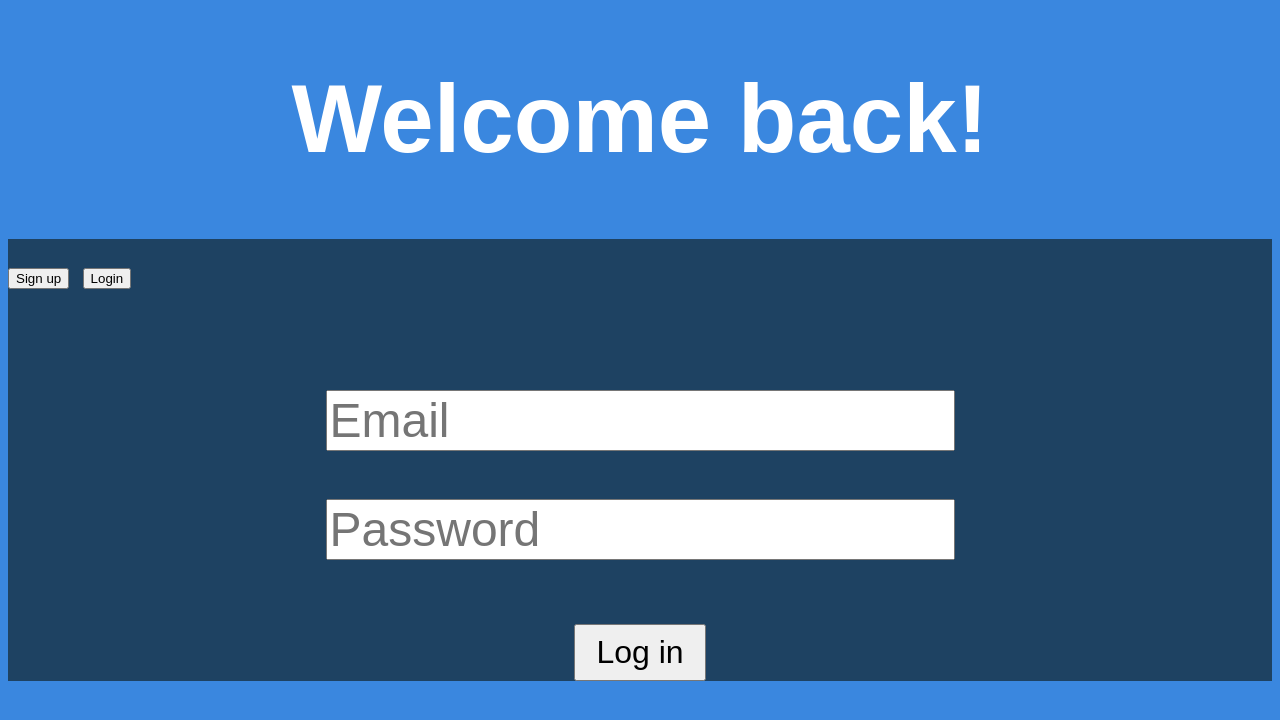
Repository: NicolasssCarlos/basic-flask-login
Page: http://localhost/
These files come from the project's save history. The page is drawn as it stood at one moment and after the next save; the edit follows.
The browser window is 1280 px wide. The pictures show the whole page.
The page is served by the project's application, run on Flask 3 (app.py).

Above is the page before, as saved 2025-06-11 20:35:57.

After the next save:
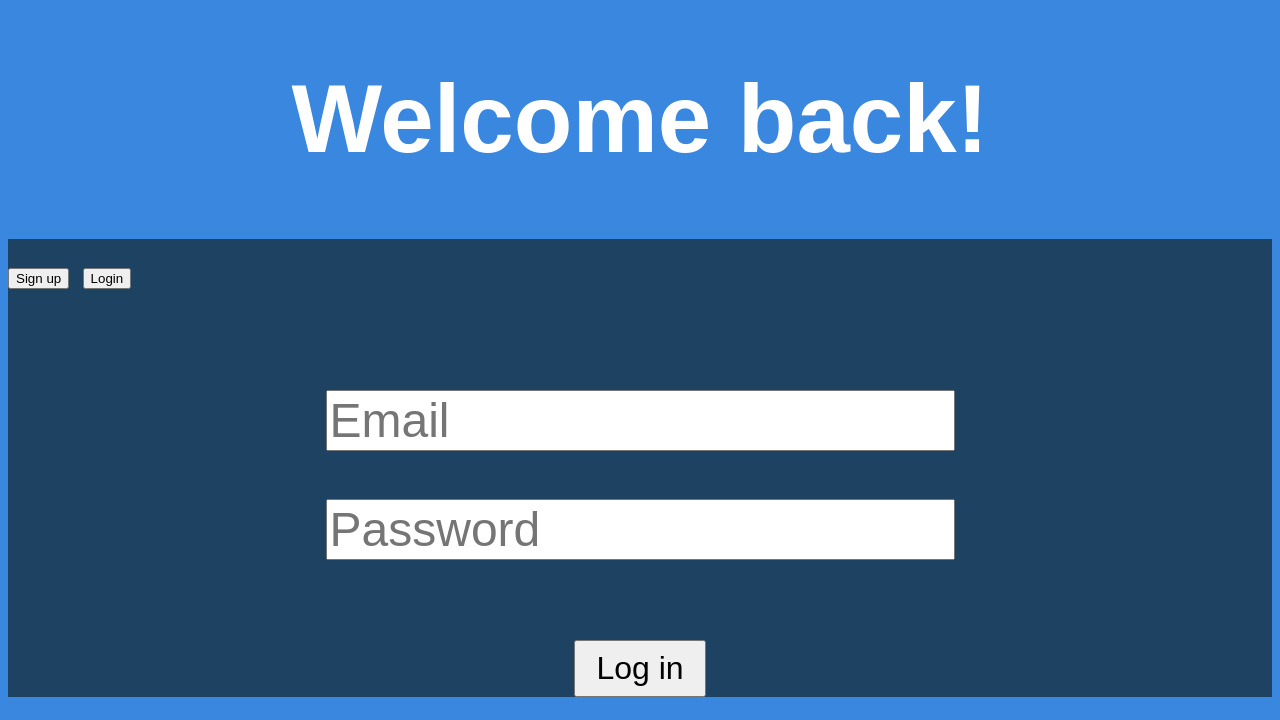
Saved 7 s later.
--- a/static/main.css
+++ b/static/main.css
@@ -120,5 +120,5 @@
     padding: 0.5rem;
 
 
-    margin-top: 2rem;
+    margin-top: 3rem;
 }
